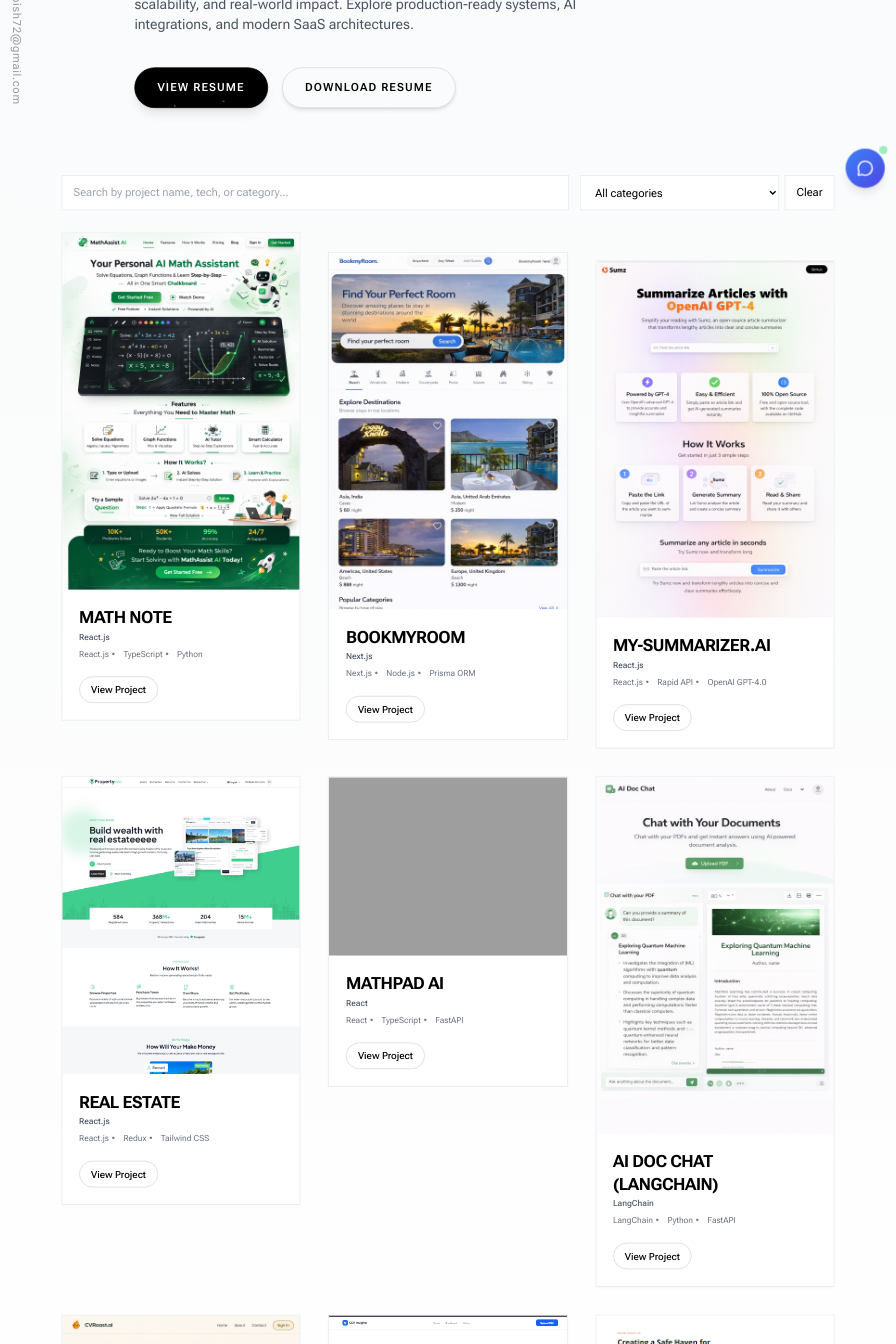
Repository: Tabishhaider72/Portfolio2.0
Page: /projects
The author's editor kept a copy of each file at every save. The page is drawn from the files as they stood at one save, then again after the next save.
The browser window is 1280 px wide. The pictures show the part of the page from y = 436 to 2356 px (the page is 5860 px tall before and 5892 px after), at 70% of full size.
Pictures or frames that could not be fetched are drawn as grey boxes. The page's requests for data from a server got no answer. The project was rebuilt for these pictures with package versions that can differ from the ones it lists, and the page was loaded fresh each time. The framework's server and built-in components were replaced by stand-ins that run in the browser. No one was signed in, and anything a server would have sent is missing. Also part of the build but not shown: next.config.ts, lib/data.ts.

Above is the page before, as saved 2026-02-24 08:57:16.

After the next save:
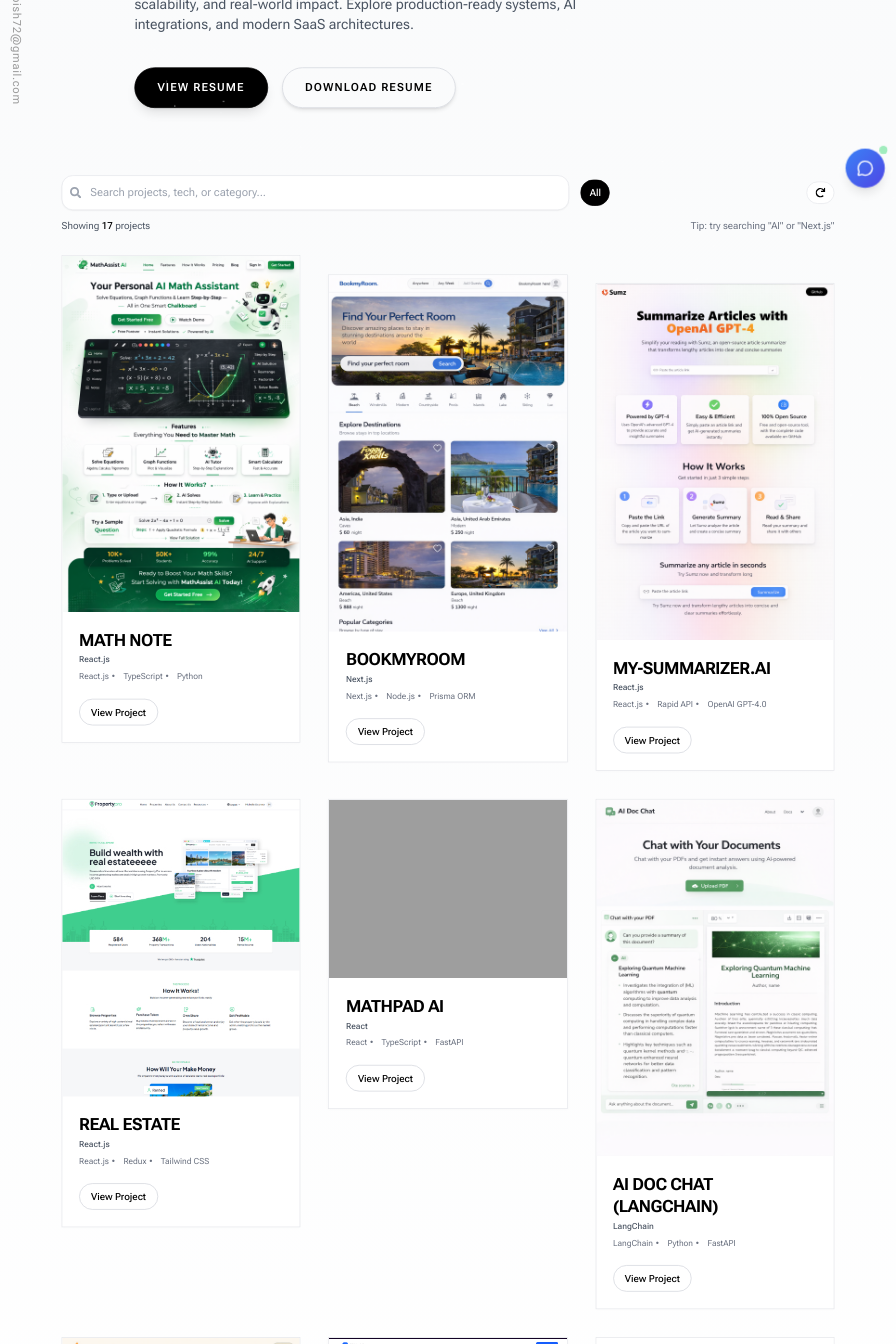
Saved 2 min 17 s later.
--- a/app/projects/page.tsx
+++ b/app/projects/page.tsx
@@ -3,7 +3,7 @@
 import React, { useEffect, useMemo, useState } from "react";
 import ProjectCard from "@/components/ProjectCard";
 import { PROJECTS } from '@/lib/data';
-import { FaGithub, FaLinkedin } from "react-icons/fa";
+import { FaGithub, FaLinkedin, FaSearch, FaTimes, FaRedo } from "react-icons/fa";
 
 const ProjectsPage = () => {
   const [loaded, setLoaded] = useState(false);
@@ -145,51 +145,76 @@ const ProjectsPage = () => {
           </div>
         </div>
 
-        {/* ===== SEARCH + FILTER ===== */}
-        <div className="mb-8 flex flex-col sm:flex-row items-start gap-4">
-          <div className="w-full sm:w-2/3 relative">
-            <input
-              aria-label="Search projects"
-              value={query}
-              onChange={(e) => setQuery(e.target.value)}
-              placeholder="Search by project name, tech, or category..."
-              className="w-full px-4 py-3 border border-gray-200 rounded-lg focus:ring-2 focus:ring-gray-200"
-            />
-            {query && (
+        {/* ===== SEARCH + FILTER (modern UI) ===== */}
+        <div className="mb-8">
+          <div className="flex flex-col sm:flex-row sm:items-center gap-4">
+            <div className="relative w-full sm:w-2/3">
+              <span className="absolute left-3 top-1/2 -translate-y-1/2 text-gray-400">
+                <FaSearch />
+              </span>
+              <input
+                aria-label="Search projects"
+                value={query}
+                onChange={(ev) => setQuery(ev.target.value)}
+                placeholder="Search projects, tech, or category..."
+                className="w-full pl-10 pr-12 py-3 rounded-2xl border border-gray-200 bg-white shadow-sm focus:outline-none focus:ring-2 focus:ring-gray-200 transition"
+              />
+              {query ? (
+                <button
+                  aria-label="Clear search"
+                  onClick={() => setQuery('')}
+                  className="absolute right-3 top-1/2 -translate-y-1/2 bg-white p-1 rounded-full text-gray-500 hover:text-black"
+                >
+                  <FaTimes />
+                </button>
+              ) : null}
+            </div>
+
+            <div className="flex items-center gap-3 w-full sm:w-1/3">
+              <div className="flex-1">
+                <div className="overflow-x-auto">
+                  <div className="flex gap-2">
+                    <button
+                      onClick={() => setCategoryFilter('')}
+                      className={`px-3 py-2 rounded-full text-sm font-medium border ${
+                        categoryFilter === '' ? 'bg-black text-white border-black' : 'bg-white text-gray-700 border-gray-200'
+                      }`}
+                    >
+                      All
+                    </button>
+                    {categoriesWithCount.map(([c, count]) => (
+                      <button
+                        key={c}
+                        onClick={() => setCategoryFilter(c)}
+                        className={`px-3 py-2 rounded-full text-sm font-medium border ${
+                          categoryFilter === c ? 'bg-black text-white border-black' : 'bg-white text-gray-700 border-gray-200'
+                        }`}
+                      >
+                        {c} <span className="text-gray-400 ml-2">{count}</span>
+                      </button>
+                    ))}
+                  </div>
+                </div>
+              </div>
+
               <button
-                aria-label="Clear search"
-                onClick={() => setQuery('')}
-                className="absolute right-2 top-1/2 -translate-y-1/2 bg-white p-1 rounded-full text-gray-500 hover:text-black"
+                onClick={() => {
+                  setCategoryFilter('');
+                  setQuery('');
+                }}
+                className="px-3 py-2 rounded-full border border-gray-200 bg-white text-sm hover:bg-gray-50"
+                aria-label="Reset filters"
               >
-                ✕
+                <FaRedo />
               </button>
-            )}
+            </div>
           </div>
 
-          <div className="w-full sm:w-1/3 flex gap-2">
-            <select
-              aria-label="Filter by category"
-              value={categoryFilter}
-              onChange={(e) => setCategoryFilter(e.target.value)}
-              className="w-full px-4 py-3 border border-gray-200 rounded-lg bg-white"
-            >
-              <option value="">All categories</option>
-              {categoriesWithCount.map(([c, count]) => (
-                <option key={c} value={c}>
-                  {`${c} (${count})`}
-                </option>
-              ))}
-            </select>
-
-            <button
-              onClick={() => {
-                setCategoryFilter('');
-                setQuery('');
-              }}
-              className="px-4 py-3 rounded-lg border border-gray-200 bg-white hover:bg-gray-50"
-            >
-              Clear
-            </button>
+          <div className="mt-3 flex items-center justify-between">
+            <div className="text-sm text-gray-600">
+              Showing <span className="font-medium text-black">{filteredProjects.length}</span> project{filteredProjects.length !== 1 ? 's' : ''}
+            </div>
+            <div className="text-sm text-gray-500">Tip: try searching "AI" or "Next.js"</div>
           </div>
         </div>
 
